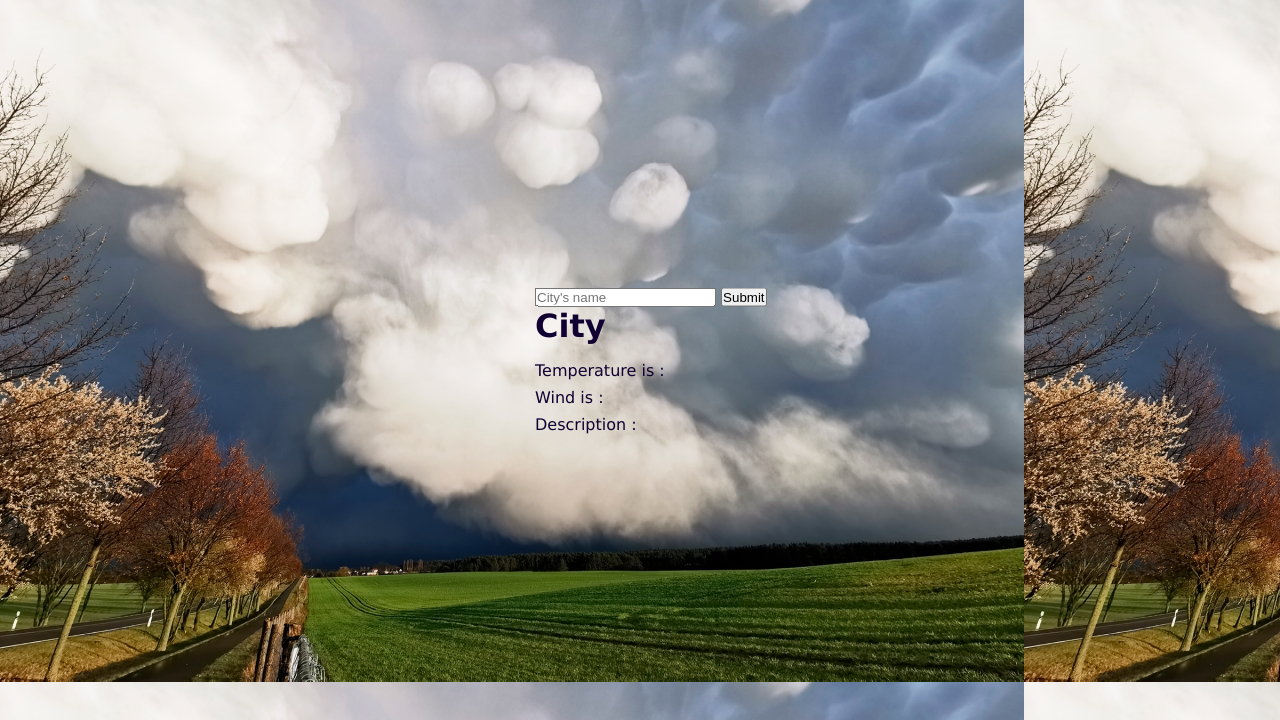
Repository: heartbreathing/searchWeather
Page: index.html
These files come from the project's save history. The page is drawn as it stood at one moment and after the next save; the edit follows.
The browser window is 1280 px wide. The pictures show the whole page.

Above is the page before, as saved 2022-11-06 22:49:46.

### index.html
<!DOCTYPE html>
<html lang="en">
  <head>
    <meta charset="UTF-8" />
    <meta http-equiv="X-UA-Compatible" content="IE=edge" />
    <meta name="viewport" content="width=device-width, initial-scale=1.0" />
    <title>search_weather</title>
    <link rel="stylesheet" href="index.css" />
  </head>
  <body>
    <div class="content">

      <form class="form">
        <input type="text" name="name" placeholder="City's name" />
        <button type="submit" class="btn">Submit</button>
      </form>
      <h1><span class="name" >City</span></h1>
      <p class="content_line">
        Temperature is : <span class="temperature"></span>
      </p>
      <p class="content_line">Wind is :<span class="wind"></span></p>
      <p class="content_line">Description :<span class="description"></span></p>
    </div>

    <script src="index.js"></script>
  </body>
</html>

### index.css
* {
    margin: 0;
    padding: 0;
    box-sizing: border-box ;
}
body {
    background-image: url(./image/background_image.jpg) ;
    font-family: 'Lucida Sans', 'Lucida Sans Regular', 'Lucida Grande', 'Lucida Sans Unicode', Geneva, Verdana, sans-serif ;
    color: rgb(16, 1, 50);
}
.content {
    position: absolute;
    display: inline-block;
    width: 300px;
    top:50%;
    left:50%;
    transform: translate(-35%, -50%);
    row-gap: 1rem;
}
h1 {
    margin-bottom: 1rem;
}
.content_line {
    font-family: ;
    font-size: 1rem;
    margin-top: 0.5rem;
}

### index.js
    "use strict";
      let form = document.querySelector('.form');
      let city;

      async function getData() {
        let res = await fetch(
          `https://goweather.herokuapp.com/weather/${city}`
        );
        const data = await res.json();

        const temp = document.querySelector('.temperature');
        const wind = document.querySelector('.wind');
        const forecast = document.querySelector('.content');
        const description = document.querySelector('.description');
        // const name = document.querySelector('.name')

        temp.innerHTML = data.temperature;
        wind.innerHTML = data.wind;
        description.innerHTML = data.description;
        // name.innerHTML = city

      }

      form.addEventListener('submit', function (event) {
        event.preventDefault();
        city = this.elements.name.value;
        getData();
      });

After the next save:
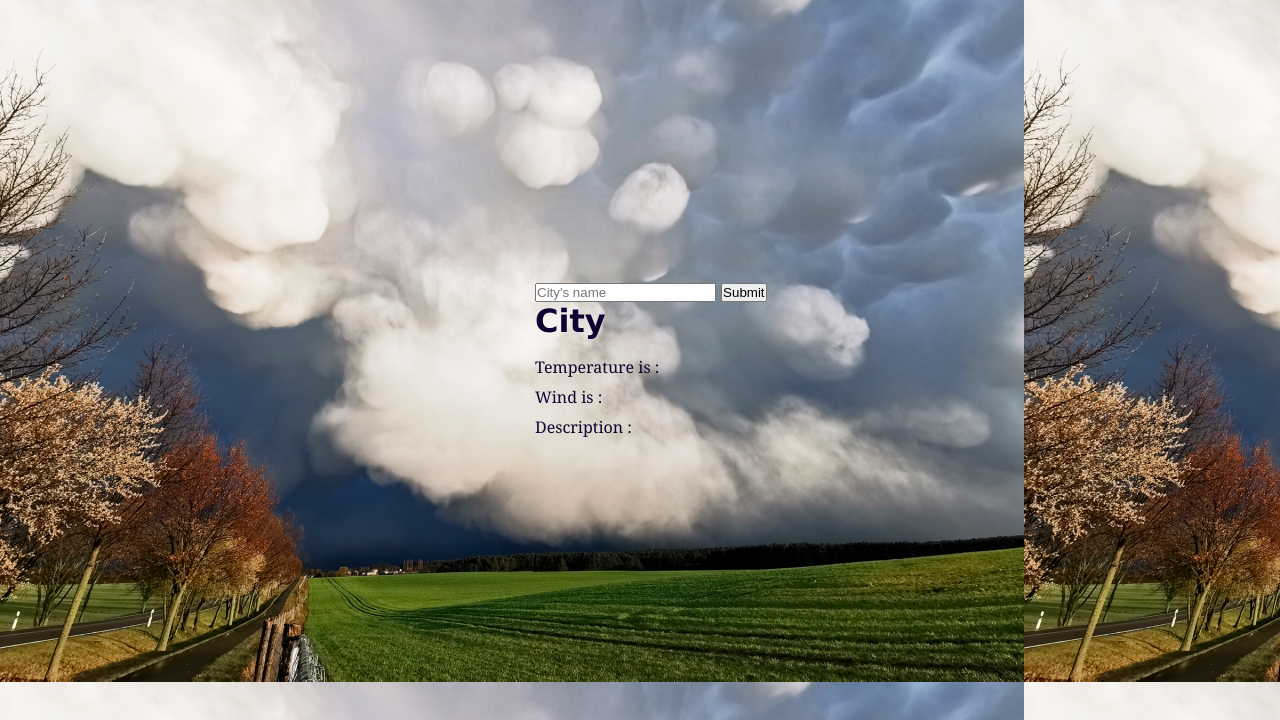
Saved 10 s later.
--- a/index.css
+++ b/index.css
@@ -21,7 +21,7 @@ h1 {
     margin-bottom: 1rem;
 }
 .content_line {
-    font-family: ;
+    font-family:Cambria, Cochin, Georgia, Times, 'Times New Roman', serif ;
     font-size: 1rem;
     margin-top: 0.5rem;
 }
